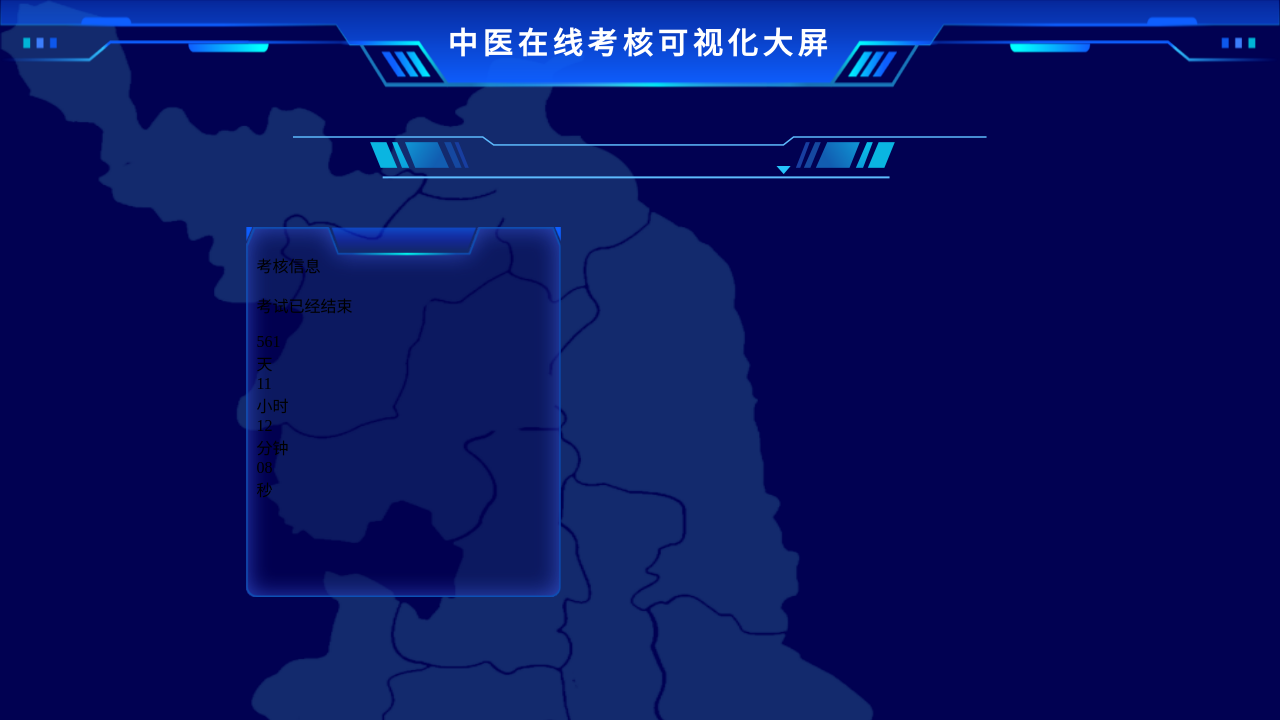
Repository: krislorem/medicine-online-datascreen-vue
Page: /
The author's editor kept a copy of each file at every save. The page is drawn from the files as they stood at one save, then again after the next save.
The browser window is 1280 px wide. The pictures show the whole page.
The project was rebuilt for these pictures with package versions that can differ from the ones it lists, and the page was loaded fresh each time. Also part of the build but not shown: vite.config.ts.

Above is the page before, as saved 2024-12-04 11:50:32.
Console error (its wording comes from the project's code and is left out).

### src/main.ts
import './assets/main.css'

import { createApp } from 'vue'
import { createPinia } from 'pinia'
import ElementPlus from 'element-plus'
import 'element-plus/dist/index.css'
import App from './App.vue'
import router from './router'

const app = createApp(App)

app.use(createPinia())
app.use(router)
app.use(ElementPlus)
app.mount('#app')

### src/assets/main.css
body, html {
  width: 100%;
  height: 100%;
  overflow: hidden;
  margin: 0;
  padding: 0;
  width: 100vw;
  height: 100vh
}

#app {
  width: 100%;
  height: 100%
}

### src/App.vue
<template>
  <div>
    <RouterView></RouterView>
  </div>
</template>

<script setup lang="ts">

</script>

<style scoped>
</style>

### src/views/HomeView.vue
<template>
  <div class="home">
    <nav>
      <h1>中医在线考核可视化大屏</h1>
    </nav>
    <div id="mid-bar">
      <select id="info"></select>
    </div>
    <div id="all-info">
      <div id="left">
        <div class="item item-1">
          <p class="top-name"><span>考核信息</span></p>
          <p class="time-title"><span>考试已经结束</span></p>
          <div class="time-container">
            <div class="time-box" style=";"><span class="time-num">561</span></div>
            <div class="time-box" style=";"><span class="time-num">天</span></div>
            <div class="time-box" style=";"><span class="time-num">11</span></div>
            <div class="time-box" style=";"><span class="time-num">小时</span></div>
            <div class="time-box" style=";"><span class="time-num">12</span></div>
            <div class="time-box" style=";"><span class="time-num">分钟</span></div>
            <div class="time-box" style=";"><span class="time-num">08</span></div>
            <div class="time-box" style=";"><span class="time-num">秒</span></div>
          </div>
        </div>
      </div>
      <div id="right"></div>
    </div>
  </div>
</template>

<style scoped>
body {
  font-family: Helvetica Neue, Helvetica, PingFang SC, Hiragino Sans GB, Microsoft YaHei, "\5FAE\8F6F\96C5\9ED1", Arial, sans-serif;
  font-size: 12px;
  line-height: 1.5;
  color: #515a6e;
  background-color: #fff;
  -webkit-font-smoothing: antialiased;
  -moz-osx-font-smoothing: grayscale;
}

.home {
  background: #010152 url(/ditu.png) 50% no-repeat;
  background-size: 100% 100%;
}

.home nav {
  background-image: url(/dingbu.png);
  background-size: 100% 100%;
  background-repeat: no-repeat;
  overflow: hidden;
  display: -webkit-box;
  display: -ms-flexbox;
  display: flex;
  -webkit-box-align: center;
  -ms-flex-align: center;
  align-items: center;
}

.home nav h1 {
  font-size: 30px;
  font-family: PingFangSC-Semibold, PingFang SC;
  font-weight: 600;
  color: #fff;
  line-height: 58px;
  letter-spacing: 5px;
  margin: 15px auto;
}

.home #mid-bar {
  width: 694px;
  height: 43px;
  background: url(/nav.png) no-repeat;
  margin: 48px auto 36px;
  padding-top: 12px;
  display: -webkit-box;
  display: -ms-flexbox;
  display: flex;
  -webkit-box-pack: center;
  -ms-flex-pack: center;
  justify-content: center;
  -webkit-box-align: center;
  -ms-flex-align: center;
  align-items: center;
}

.home #mid-bar #info {
  appearance: none;
  -moz-appearance: none;
  -webkit-appearance: none;
  background: transparent url('/jiantou.png') no-repeat scroll 100%;
  width: 302px;
  height: 22px;
  font-size: 16px;
  text-align: center;
  font-family: PingFangSC-Semibold, PingFang SC;
  font-weight: 600;
  color: #26c5fb;
  line-height: 22px;
  letter-spacing: 2px;
  border: none;
}

#all-info {
  width: 100%;
  height: 796px;
  margin: 20px auto;
  display: -webkit-box;
  display: -ms-flexbox;
  display: flex;
  -ms-flex-pack: distribute;
  justify-content: space-around;
}

#all-info #left {
  width: 23%;
  height: 100%;
}

#all-info #left .item-1 {
  margin-bottom: 20px;
}

#all-info #left .item {
  height: 44%;
  width: 100%;
  padding: 10px;
  background-image: url(/kuang2.png);
  background-size: 100% 100%;
}
</style>
<script setup lang="ts">
import * as echarts from 'echarts';
import { onMounted } from 'vue'
const labelOption = {
  show: true,
  position: 'insideBottom',
  distance: 15,
  align: 'left',
  verticalAlign: 'middle',
  rotate: 90,
  formatter: '{c}  {name|{a}}',
  fontSize: 16,
  rich: {
    name: {}
  }
};
const option = {
  tooltip: {
    trigger: 'axis',
    axisPointer: {
      type: 'shadow'
    }
  },
  legend: {
    data: ['Forest', 'Steppe', 'Desert', 'Wetland']
  },
  xAxis: [
    {
      type: 'category',
      axisTick: { show: false },
      data: ['2012', '2013', '2014', '2015', '2016']
    }
  ],
  yAxis: [
    {
      type: 'value'
    }
  ],
  series: [
    {
      name: 'Forest',
      type: 'bar',
      barGap: 0,
      label: labelOption,
      emphasis: {
        focus: 'series'
      },
      data: [320, 332, 301, 334, 390]
    },
    {
      name: 'Steppe',
      type: 'bar',
      label: labelOption,
      emphasis: {
        focus: 'series'
      },
      data: [220, 182, 191, 234, 290]
    },
    {
      name: 'Desert',
      type: 'bar',
      label: labelOption,
      emphasis: {
        focus: 'series'
      },
      data: [150, 232, 201, 154, 190]
    },
    {
      name: 'Wetland',
      type: 'bar',
      label: labelOption,
      emphasis: {
        focus: 'series'
      },
      data: [98, 77, 101, 99, 40]
    }
  ]
};
onMounted(() => {
  let chartDom = document.getElementById('m');
  let myChart = echarts.init(chartDom);
  option && myChart.setOption(option);
})


</script>

Loaded but not shown: index.html (common file); src/router/index.ts (common file)

After the next save:
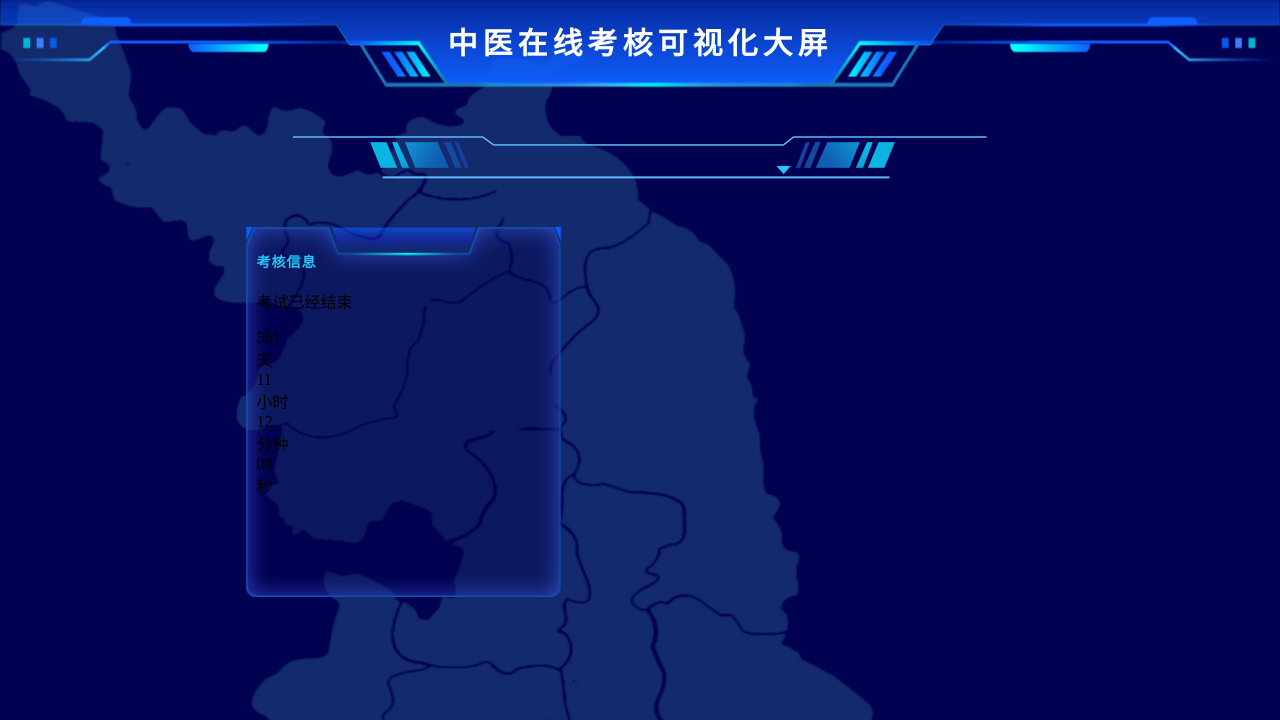
Saved 19 s later.
--- a/src/views/HomeView.vue
+++ b/src/views/HomeView.vue
@@ -128,6 +128,17 @@ body {
   background-image: url(/kuang2.png);
   background-size: 100% 100%;
 }
+
+#all-info #left .item .top-name>span {
+  width: 64px;
+  height: 20px;
+  font-size: 14px;
+  font-family: PingFangSC-Semibold, PingFang SC;
+  font-weight: 600;
+  color: #26c5fb;
+  line-height: 20px;
+  letter-spacing: 1px;
+}
 </style>
 <script setup lang="ts">
 import * as echarts from 'echarts';
